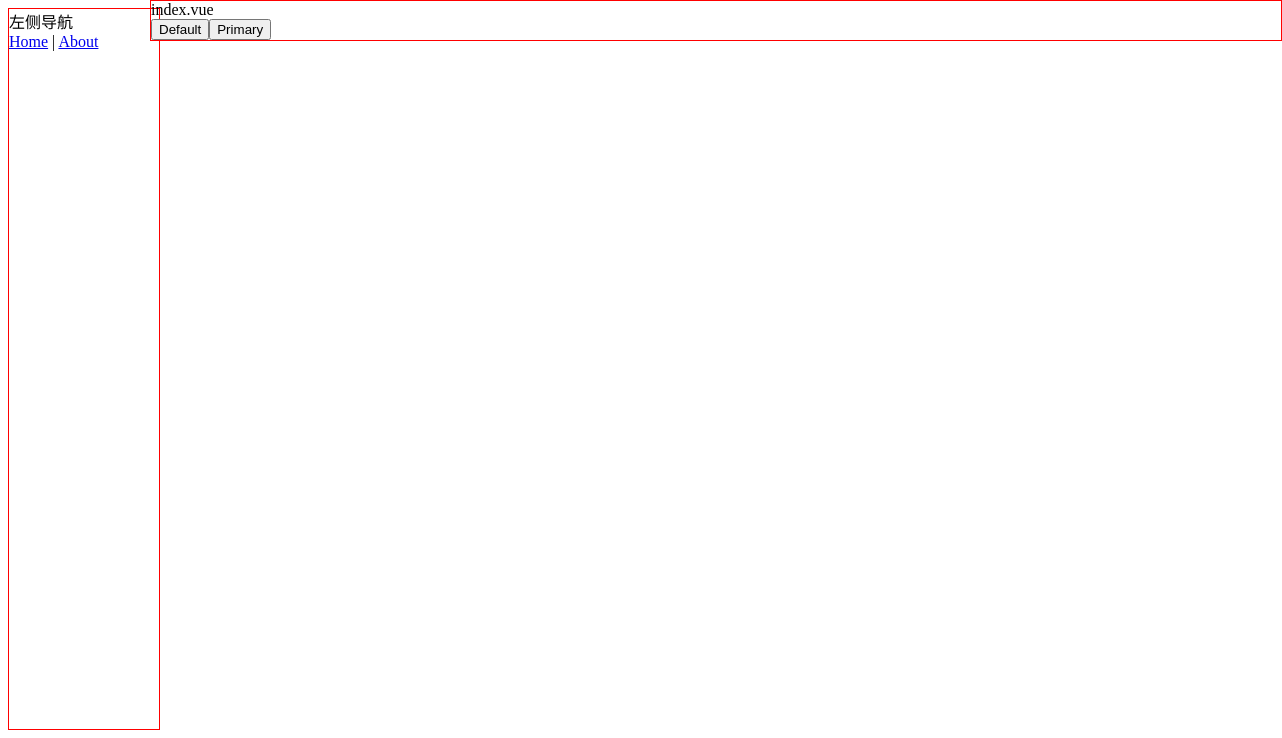
Repository: hanjinning/basicVueProject
Page: /
The author's editor kept a copy of each file at every save. The page is drawn from the files as they stood at one save, then again after the next save.
The browser window is 1280 px wide. The page is 1282 px wide, so the pictures cover 1282 px, including what lies to the right of the window. The pictures show the whole page.
The page's requests for data from a server got no answer. The project was rebuilt for these pictures with package versions that can differ from the ones it lists, and the page was loaded fresh each time. No one was signed in, and anything a server would have sent is missing. Also part of the build but not shown: vue.config.js, src/components/HelloWorld.vue, src/views/Home.vue.

Above is the page before, as saved 2021-03-18 10:57:35.

### public/index.html
<!DOCTYPE html>
<html lang="">
  <head>
    <meta charset="utf-8">
    <meta http-equiv="X-UA-Compatible" content="IE=edge">
    <meta name="viewport" content="width=device-width,initial-scale=1.0">
    <link rel="icon" href="<%= BASE_URL %>favicon.ico">
    <title><%= htmlWebpackPlugin.options.title %></title>
    <script src="https://unpkg.com/axios/dist/axios.min.js"></script>
  </head>
  <body>
    <noscript>
      <strong>We're sorry but <%= htmlWebpackPlugin.options.title %> doesn't work properly without JavaScript enabled. Please enable it to continue.</strong>
    </noscript>
    <div id="app"></div>
    <!-- built files will be auto injected -->
  </body>
</html>

### src/App.vue
<template>
  <div id="app">
    <!-- <div id="nav">
      <router-link to="/">Home</router-link> |
      <router-link to="/about">About</router-link>
    </div>-->
    <leftNav></leftNav>
    <router-view v-if="!$route.meta.keepAlive"/>
  </div>
</template>

<script>
// import router from "./router";
import leftNav from '@/components/leftNav.vue'

import {uploadelf, start, getDisassemble} from '@/api/api'
export default {
  name: "App",
  data: function() {
    return {};
  },
  components:{
    leftNav:leftNav
  },
  mounted() {
    this.loadData();
  },
  created() {
  },
  methods: {
    loadData() {
      // 成功方法1：直接请求
      this.$axios.get("/index/han", {
          params: {"id":1},
          // jsonp: "handleCallback"
        })
        .then(res => {
          console.log('返回成功回调',res.data.data);
        })
        .catch(function(res) {
          console.log("返回失败回调");
          console.log(res);
        });
      // 成功方法2：调用该工厂方法进行请求返回一个对象，再通过对象的then(), catch()方法进行后续操作
      // uploadelf().then(resp => {
      //   console.log('uploadelf --->', resp.data.data);
      // }).catch(error => {
      //   console.log(error);
      // });
    }
  },
  created: function() {
  }
};
</script>

<style lang="scss" scoped>
</style>

### src/router/index.js
import App from '../App'
import Vue from 'vue'
import VueRouter from 'vue-router'
import Home from '../views/Home.vue'
import data from './data.js'
// import axios from 'axios'
import store from '../store'
import VueAxios from 'vue-axios'
import qs from 'qs'

Vue.use(VueRouter,VueAxios,axios)
Vue.prototype.$qs = qs;
Vue.prototype.$axios = axios;

axios.defaults.baseURL = 'http://localhost:8360' // 'http://localhost:8360'

const router = new VueRouter({
  mode: 'history',
  routes: data
  // [
  //   {
  //     path: '/',
  //     component: App,
  //     children: data
  //   }
  // ]
})

// export default {router, store,axios}
export default router

### src/components/leftNav.vue
<template>
<div id="leftNav">
    <div>
    左侧导航
    </div>
    <div id="nav">
      <router-link to="/">Home</router-link> |
      <router-link to="/About">About</router-link>
    </div>
</div>
</template>

<script>

</script>

<style scoped lang="scss">
#leftNav{
    width: 150px;
    height:100vh;
    // background: pink;
    border: 1px solid red;
    position: relative;
    left: 0;
    top: 0;
}
</style>

### src/api/api.js
// src/api/api.js
// import axios from 'axios'

// 允许跨域携带cookie
axios.defaults.withCredentials = true;

export const uploadelf = () => {
    return axios.request({
        method: 'get',// post
        url:'http://127.0.0.1:8360/index/han'
        // url: 'http://xxxxx.xxx/api/uploadelf'
    })
}

export const start = () => {
    return axios.request({
        method: 'get',
        // url: 'http://xxxxx.xxx/api/start'
    })
}

export const getDisassemble = (funName = 'main') => {
    return axios.request({
        method: 'post',
        // url: 'http://xxxxx.xxx/api/disassemble',
        data: {
            // funName
        }
    })
}

### src/router/data.js
let firstPage = [
  {
    path:'/meme',
    name:'Home',
    component:() => import('@/views/Home.vue'),
  }
]
let root = [
  {
    path:'/index',
    component:() => import('@/views/Home.vue')
  },
  {
    path:'/About',
    component:() => import('@/views/About.vue')
  }
]
export default [
  {
    path:'/',
    component:()=> import('@/views/index.vue'),
    // children:[...root]
  },
  ...root
]

### src/views/index.vue
<template>
<div id="index">
    <div>index.vue</div>
    <Button>Default</Button>
    <Button type="primary">Primary</Button>
</div>
</template>

<style lang="scss" scoped>
#index{
    width: calc(100% - 150px);
    border: 1px solid red;
    position: absolute;
    left: 150px;
    top: 0px;
}
</style>

Loaded but not shown: src/main.js (common file); src/store/index.js (common file)

After the next save:
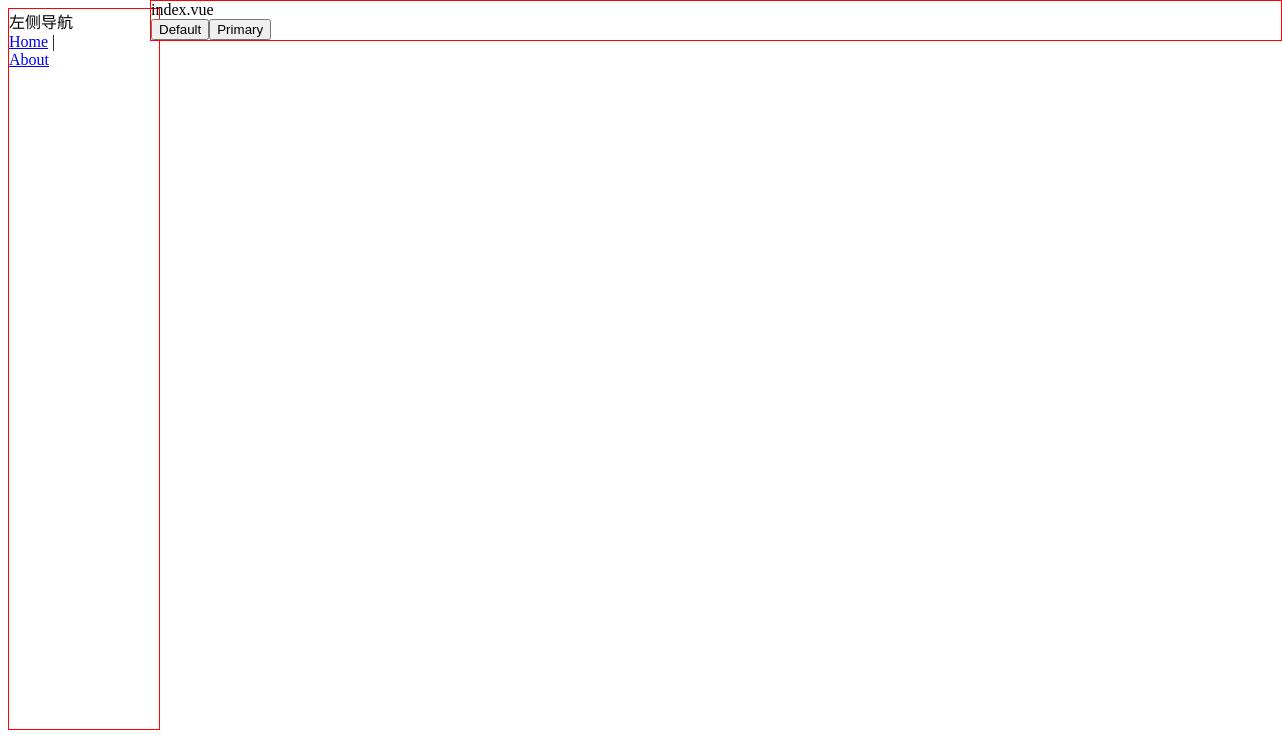
Saved 18 s later.
--- a/src/components/leftNav.vue
+++ b/src/components/leftNav.vue
@@ -4,7 +4,7 @@
     左侧导航
     </div>
     <div id="nav">
-      <router-link to="/">Home</router-link> |
+     <div> <router-link to="/">Home</router-link> |</div>
       <router-link to="/About">About</router-link>
     </div>
 </div>
